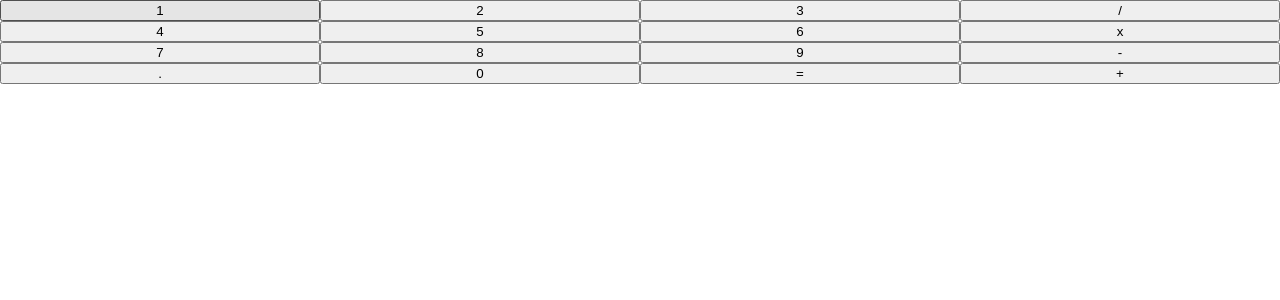
Repository: hoangphuong965/calculator_react
Page: /
These files come from the project's save history. The page is drawn as it stood at one moment and after a run of saves; the edit follows.
The browser window is 1280 px wide. The pictures show the whole page.
The project was rebuilt for these pictures with package versions that can differ from the ones it lists, and the page was loaded fresh each time.

Above is the page before, as saved 2020-08-04 08:06:54.

### src/App.js
import React from "react";
import "./App.css";
import Key from "./component/Key";

function App() {
  return <div className="App">
    <Key />
  </div>;
}

export default App;

### src/App.css
.App {
  text-align: center;

}

.App-logo {
  height: 40vmin;
  pointer-events: none;
}

@media (prefers-reduced-motion: no-preference) {
  .App-logo {
    animation: App-logo-spin infinite 20s linear;
  }
}

.App-header {
  background-color: #282c34;
  min-height: 100vh;
  display: flex;
  flex-direction: column;
  align-items: center;
  justify-content: center;
  font-size: calc(10px + 2vmin);
  color: white;
}

.App-link {
  color: #61dafb;
}

@keyframes App-logo-spin {
  from {
    transform: rotate(0deg);
  }
  to {
    transform: rotate(360deg);
  }
}



.key-number{
  display: grid;
  grid-template-columns: 1fr 1fr 1fr 1fr;
}

### src/component/Key.js
import React from "react";

function Key() {
  return (
    <div className="key">
      <div className="key-controls"></div>
      <div className="key-number">
        <button className="data-key">1</button>
        <button className="data-key">2</button>
        <button className="data-key">3</button>
        <button className="data-key">/</button>
        <button className="data-key">4</button>
        <button className="data-key">5</button>
        <button className="data-key">6</button>
        <button className="data-key">x</button>
        <button className="data-key">7</button>
        <button className="data-key">8</button>
        <button className="data-key">9</button>
        <button className="data-key">-</button>
        <button className="data-key">.</button>
        <button className="data-key">0</button>
        <button className="data-key">=</button>
        <button className="data-key">+</button>
      </div>
    </div>
  );
}

export default Key;

Loaded but not shown: public/index.html (common file); src/index.js (common file); src/index.css (common file); src/serviceWorker.js (common file)

After the next 3 saves:
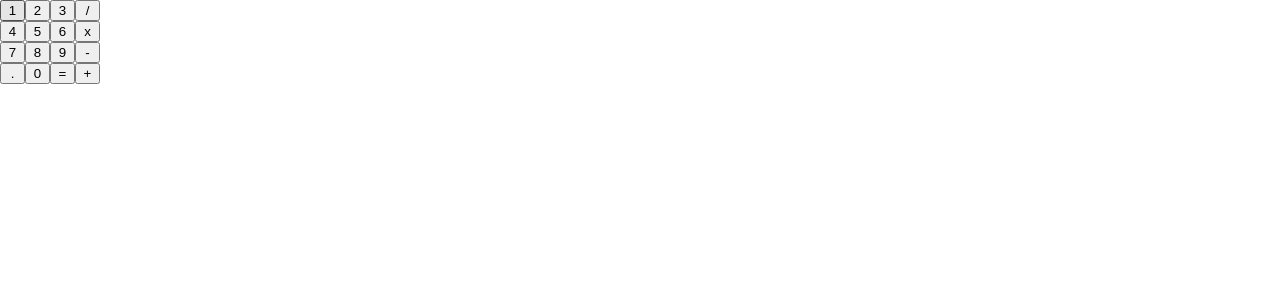
The 3 saves are shown as one change because they came seconds apart.
The last was saved 16 s later.
--- a/src/App.css
+++ b/src/App.css
@@ -1,6 +1,6 @@
 .App {
   text-align: center;
-
+  width: 100px;
 }
 
 .App-logo {

After the save that followed:
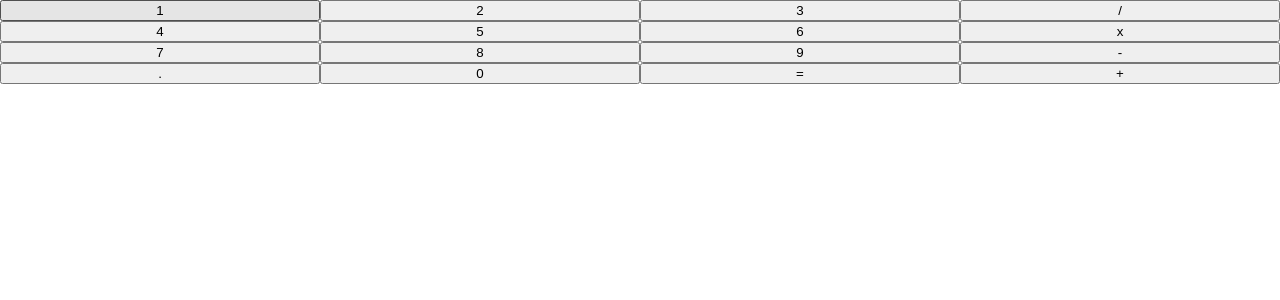
Saved 8 s later.
--- a/src/App.css
+++ b/src/App.css
@@ -1,6 +1,6 @@
 .App {
   text-align: center;
-  width: 100px;
+  width: ;
 }
 
 .App-logo {
